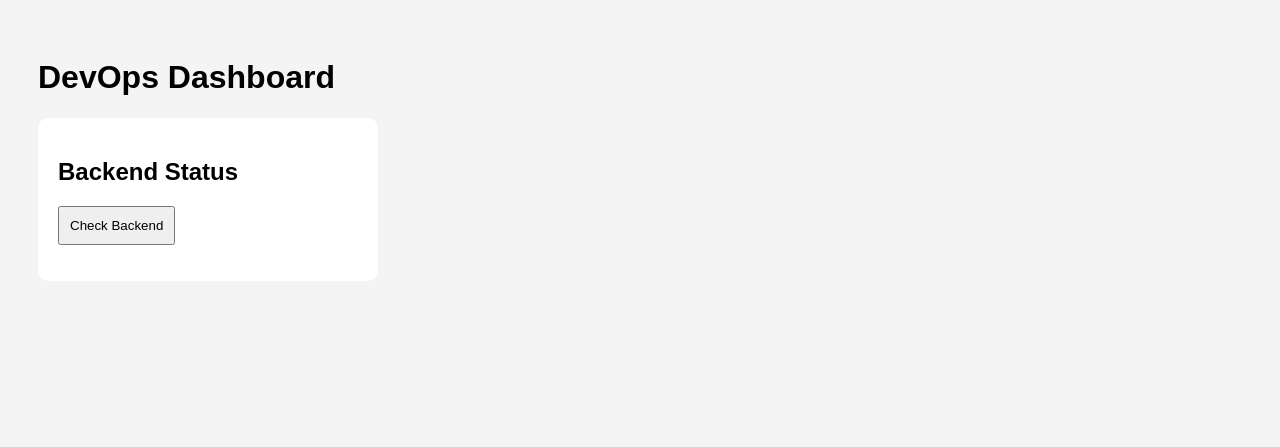
Repository: manoj-991/devops-dashboard
Page: frontend/index.html
An editor plug-in stored every save of this project. The page is shown before and after a run of saves, followed by the edit.
The browser window is 1280 px wide. The pictures show the whole page.

Above is the page before, as saved 2026-05-22 22:53:59.

After the next 3 saves:
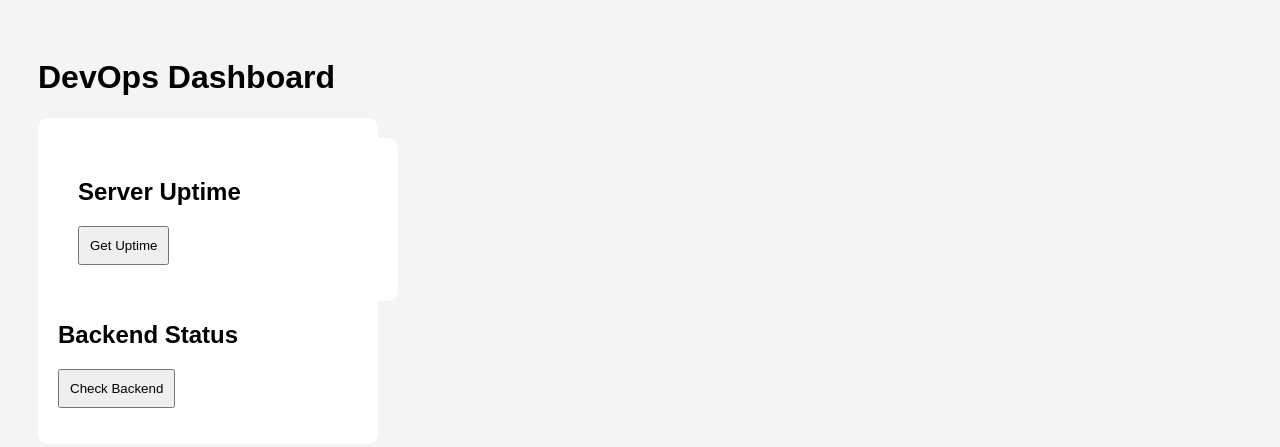
The 3 saves are shown as one change because they came seconds apart.
The last was saved 13 min 47 s later.
--- a/frontend/index.html
+++ b/frontend/index.html
@@ -1,14 +1,27 @@
 <!DOCTYPE html>
 <html>
+
 <head>
     <title>DevOps Dashboard</title>
     <link rel="stylesheet" href="style.css">
 </head>
+
 <body>
 
     <h1>DevOps Dashboard</h1>
 
     <div class="card">
+        <div class="card">
+
+            <h2>Server Uptime</h2>
+
+            <button onclick="getUptime()">
+                Get Uptime
+            </button>
+
+            <p id="uptime-result"></p>
+
+        </div>
         <h2>Backend Status</h2>
 
         <button onclick="checkBackend()">
@@ -21,4 +34,5 @@
     <script src="app.js"></script>
 
 </body>
+
 </html>
